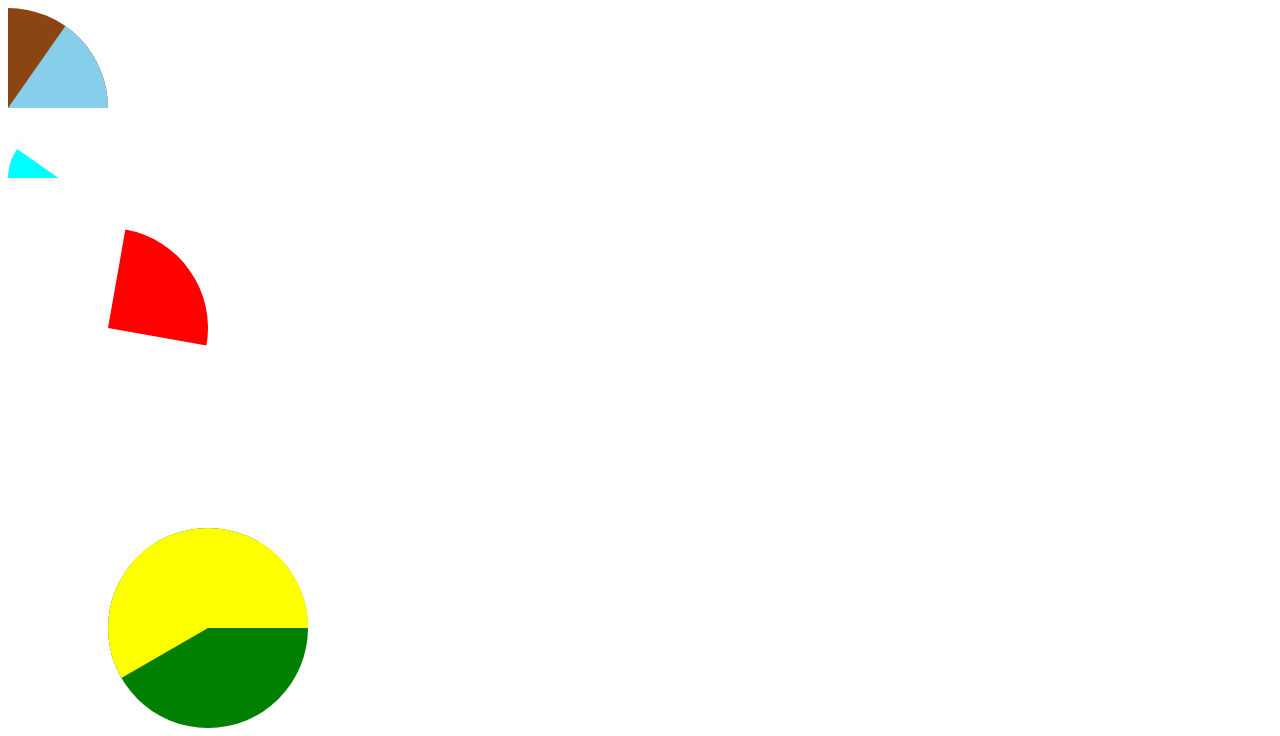
Repository: MMXiaohang/frontend-interview-coding
Page: 56.扇形.html
The author's editor kept a copy of each file at every save. The page is drawn from the files as they stood at one save, then again after the next save.
The browser window is 1280 px wide. The pictures show the whole page.

Above is the page before, as saved 2022-08-14 10:51:50.

### 56.扇形.html
<!DOCTYPE html>
<html lang="en">
<head>
    <meta charset="UTF-8">
    <meta http-equiv="X-UA-Compatible" content="IE=edge">
    <meta name="viewport" content="width=device-width, initial-scale=1.0">
    <title>扇形</title>
    <style>
        #div{
            width: 100px;
            height: 100px;
            position: relative;
            background: transparent;
            overflow: hidden;
            /* transform: rotate(-45deg); */
        }

        #circle{
            position: absolute;
            right: 0;
            top: 0;
            width: 200px;
            height: 200px;
            border-radius: 50%;
            background-color: saddlebrown;
            overflow: hidden;
        }

        #d1{
            transform: skewX(145deg);
            transform-origin: 0 100%;
            position: absolute;
            right: 0;
            top: 0;
            background-color: skyblue;
            width: 100px;
            height: 100px;
        }

        .container{
            width: 100px;
            height: 100px;
            margin-top: 20px;
            background-color: transparent;
        }

        .c1{
            width: 100px;
            height: 50px;
            background-color: aqua;
            border-radius: 50px 50px 0 0;
        }

        .c2{
            width: 101px;
            height: 51px;
            background-color: white;
            border-radius: 0 0 50px 50px;
            transform: rotate(-145deg);
            transform-origin: center top;
        }

        .semicircle{
            width: 0;
            height: 0;
            border: 100px solid red;
            border-radius: 50%;
            border-color: transparent transparent transparent red;
            transform: rotateZ(145deg);
            margin-bottom: 100px;
        }

        .pie{
            margin-top: 100px;
            margin-left: 100px;
            height: 200px;
            width: 200px;
            border-radius: 50%;
            position: relative;
            overflow: hidden;
            background-color: aqua;
        }

        .slice{
            width: 100px;
            height: 100px;
            position:absolute;
            top: 0;
            right: 0;
            transform: skewX(-30deg);
            transform-origin: 0 100%;
            background-color: yellow;
        }

        .pie:nth-child(2n){
            background-color: green;
        }

        .slice-one{
            transform: rotateZ(-60deg);
        }

        .slice-two{
            transform: rotateZ(-120deg);
        }
    </style>
</head>
<body>
    <div id="div">
        <div id="circle">
            <div id="d1"></div>
        </div>
    </div>


    <div class="container">
        <div class="c1"></div>
        <div class="c2"></div>
    </div>

    <div class="semicircle"></div>

    <div class="pie">
        <div class="slice slice-one"></div>
        <div class="slice slice-two"></div>
        <div class="slice slice-three"></div>
        <div class="slice slice-four"></div>
        <div class="slice slice-five"></div>
        <div class="slice slice-six"></div>
    </div>
</body>
</html>

After the next save:
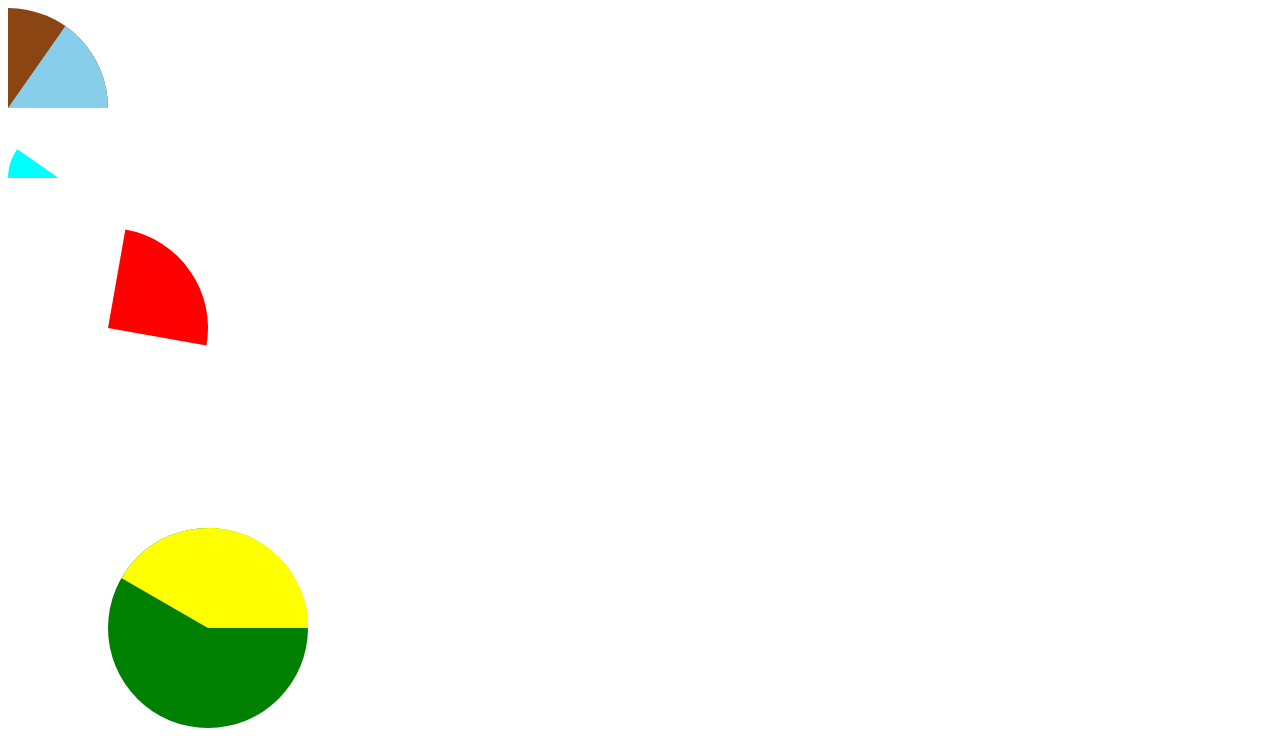
Saved 11 s later.
--- a/56.扇形.html
+++ b/56.扇形.html
@@ -97,11 +97,11 @@
         }
 
         .slice-one{
-            transform: rotateZ(-60deg);
+            transform: rotateZ(0);
         }
 
         .slice-two{
-            transform: rotateZ(-120deg);
+            transform: rotateZ(-60deg);
         }
     </style>
 </head>

After the save that followed:
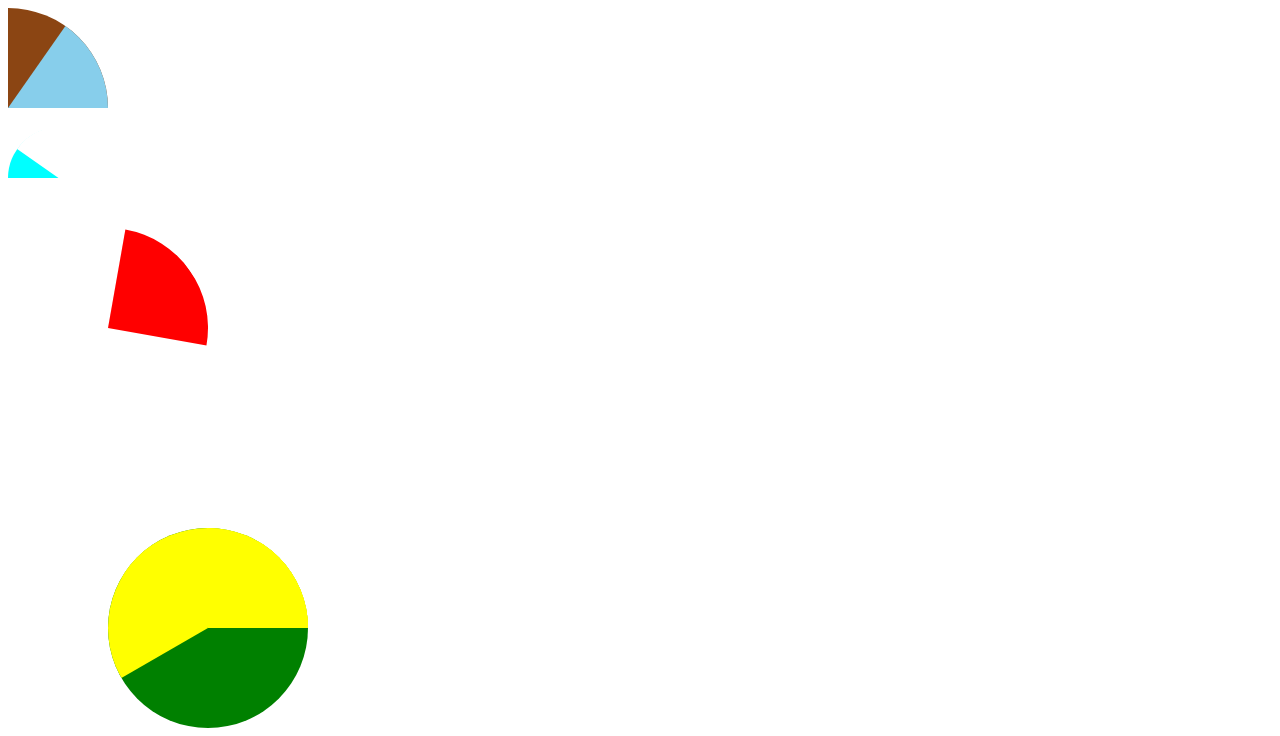
Saved 21 s later.
--- a/56.扇形.html
+++ b/56.扇形.html
@@ -103,6 +103,10 @@
         .slice-two{
             transform: rotateZ(-60deg);
         }
+
+        .slice-three{
+            transform: rotateZ(-120deg);
+        }
     </style>
 </head>
 <body>
